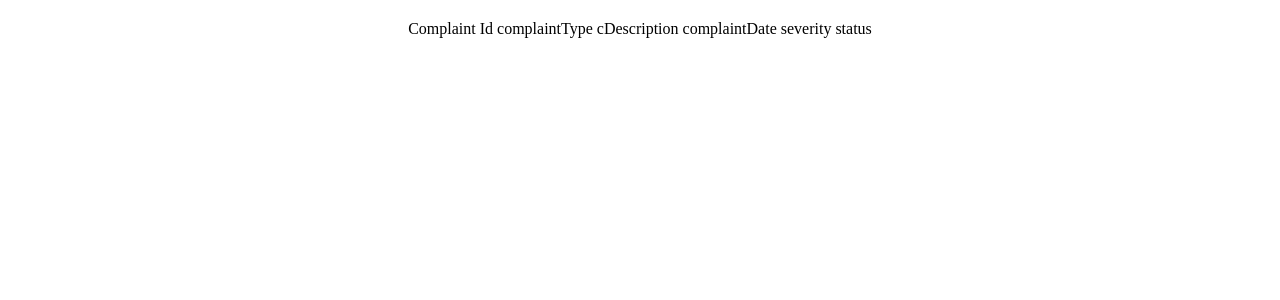
Repository: PersonalGithub26/Infinite-Training
Page: Day23-18-01-TaskComplaint/complaint/src/main/webapp/ShowComplaint.html
These files come from the project's save history. The page is drawn as it stood at one moment and after the next save; the edit follows.
The browser window is 1280 px wide. The pictures show the whole page.

Above is the page before, as saved 2023-01-19 04:20:10.

### Day23-18-01-TaskComplaint/complaint/src/main/webapp/ShowComplaint.html
<!DOCTYPE html PUBLIC "-//W3C//DTD XHTML 1.0 Transitional//EN" "http://www.w3.org/TR/xhtml1/DTD/xhtml1-transitional.dtd">
<html xmlns="http://www.w3.org/1999/xhtml"
	xmlns:h="http://java.sun.com/jsf/html"
	xmlns:f="http://java.sun.com/jsf/core"
	xmlns:ui="http://java.sun.com/jsf/facelets">
<ui:include src="Menu.xhtml"></ui:include>

<h:body>

	<h:form>

		<center>
			<h2>
				<h:outputText value="Complaint Records" />
			</h2>

			<h:dataTable value="#{cDao.ShowAllComplaint()}" var="c" border="3">
				<h:column>
					<f:facet name="header">Complaint Id</f:facet>
					<h:outputLabel value="#{c.complaintID}" />
				</h:column>
				<h:column>
					<f:facet name="header">complaintType</f:facet>
					<h:outputLabel value="#{c.complaintType}" />
				</h:column>
				<h:column>
					<f:facet name="header">cDescription</f:facet>
					<h:outputLabel value="#{c.cDescription}" />
				</h:column>
				<h:column>
					<f:facet name="header">complaintDate</f:facet>
					<h:outputLabel value="#{c.complaintDate}" />
				</h:column>
				<h:column>
					<f:facet name="header">severity</f:facet>
					<h:outputLabel value="#{c.severity}" />
				</h:column>
				<h:column>
					<f:facet name="header">status</f:facet>
					<h:outputLabel value="#{c.status}" />
				</h:column>


			</h:dataTable>
		</center>
	</h:form>
</h:body>
</html>

After the next save:
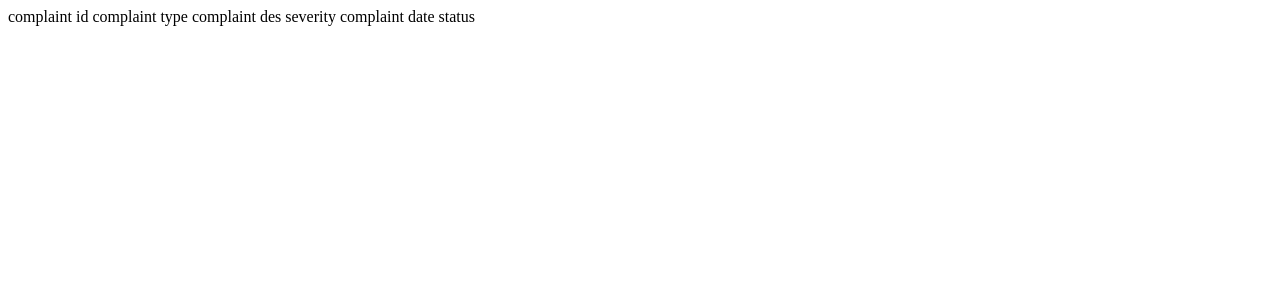
Saved 2 min 13 s later.
--- a/Day23-18-01-TaskComplaint/complaint/src/main/webapp/ShowComplaint.html
+++ b/Day23-18-01-TaskComplaint/complaint/src/main/webapp/ShowComplaint.html
@@ -1,48 +1,63 @@
 <!DOCTYPE html PUBLIC "-//W3C//DTD XHTML 1.0 Transitional//EN" "http://www.w3.org/TR/xhtml1/DTD/xhtml1-transitional.dtd">
 <html xmlns="http://www.w3.org/1999/xhtml"
-	xmlns:h="http://java.sun.com/jsf/html"
-	xmlns:f="http://java.sun.com/jsf/core"
-	xmlns:ui="http://java.sun.com/jsf/facelets">
-<ui:include src="Menu.xhtml"></ui:include>
+      xmlns:ui="http://java.sun.com/jsf/facelets"
+      xmlns:f="http://java.sun.com/jsf/core"
+      xmlns:p="http://primefaces.org/ui"
+      xmlns:h="http://java.sun.com/jsf/html">
 
 <h:body>
+<h:form>
+	<h:dataTable value="#{cdao.showComp()}" var="a" border="3">
 
-	<h:form>
+		<h:column>
+			<f:facet name="header">complaint id</f:facet>
+			<h:outputLabel value="#{a.complaintID}" />
+		</h:column>
+		<h:column>
+			<f:facet name="header">complaint type</f:facet>
+			<h:outputLabel value="#{a.complaintType}" />
+		</h:column>
+		<h:column>
+			<f:facet name="header">complaint des</f:facet>
+			<h:outputLabel value="#{a.cDescription}" />
+		</h:column>
+		<h:column>
+			<f:facet name="header">severity</f:facet>
+			<h:outputLabel value="#{a.severity}" />
+		</h:column>
+		<h:column>
+			<f:facet name="header">complaint date</f:facet>
+			<h:outputLabel value="#{cdao.convertDate(a.complaintDate)}" />
 
-		<center>
-			<h2>
-				<h:outputText value="Complaint Records" />
-			</h2>
+		</h:column>
+		<h:column>
+			<f:facet name="header">status</f:facet>
+			<h:outputLabel value="#{a.status}" />
+		</h:column>
 
-			<h:dataTable value="#{cDao.ShowAllComplaint()}" var="c" border="3">
-				<h:column>
-					<f:facet name="header">Complaint Id</f:facet>
-					<h:outputLabel value="#{c.complaintID}" />
-				</h:column>
-				<h:column>
-					<f:facet name="header">complaintType</f:facet>
-					<h:outputLabel value="#{c.complaintType}" />
-				</h:column>
-				<h:column>
-					<f:facet name="header">cDescription</f:facet>
-					<h:outputLabel value="#{c.cDescription}" />
-				</h:column>
-				<h:column>
-					<f:facet name="header">complaintDate</f:facet>
-					<h:outputLabel value="#{c.complaintDate}" />
-				</h:column>
-				<h:column>
-					<f:facet name="header">severity</f:facet>
-					<h:outputLabel value="#{c.severity}" />
-				</h:column>
-				<h:column>
-					<f:facet name="header">status</f:facet>
-					<h:outputLabel value="#{c.status}" />
-				</h:column>
+	<!-- 	<h:column>
+			<f:facet name="header">Update</f:facet>
+			<h:commandButton action="#{dao.searchAgentDao(a.agentid)}"
+				value="Update">
+			</h:commandButton>
+		</h:column>
+		<h:column>
+			<f:facet name="header">Delete</f:facet>
+			<h:commandButton action="#{dao.deletAgentDao(a.agentid)}"
+				value="Delete">
+			</h:commandButton>
+		</h:column> -->
 
 
-			</h:dataTable>
-		</center>
-	</h:form>
+	</h:dataTable>
+
+	  <center>
+        <h:commandButton action = "CreateComp.xhtml?faces-redirect=true"
+        	 value="Create complaint" />
+      </center>
+</h:form>
 </h:body>
+
+
+
 </html>
